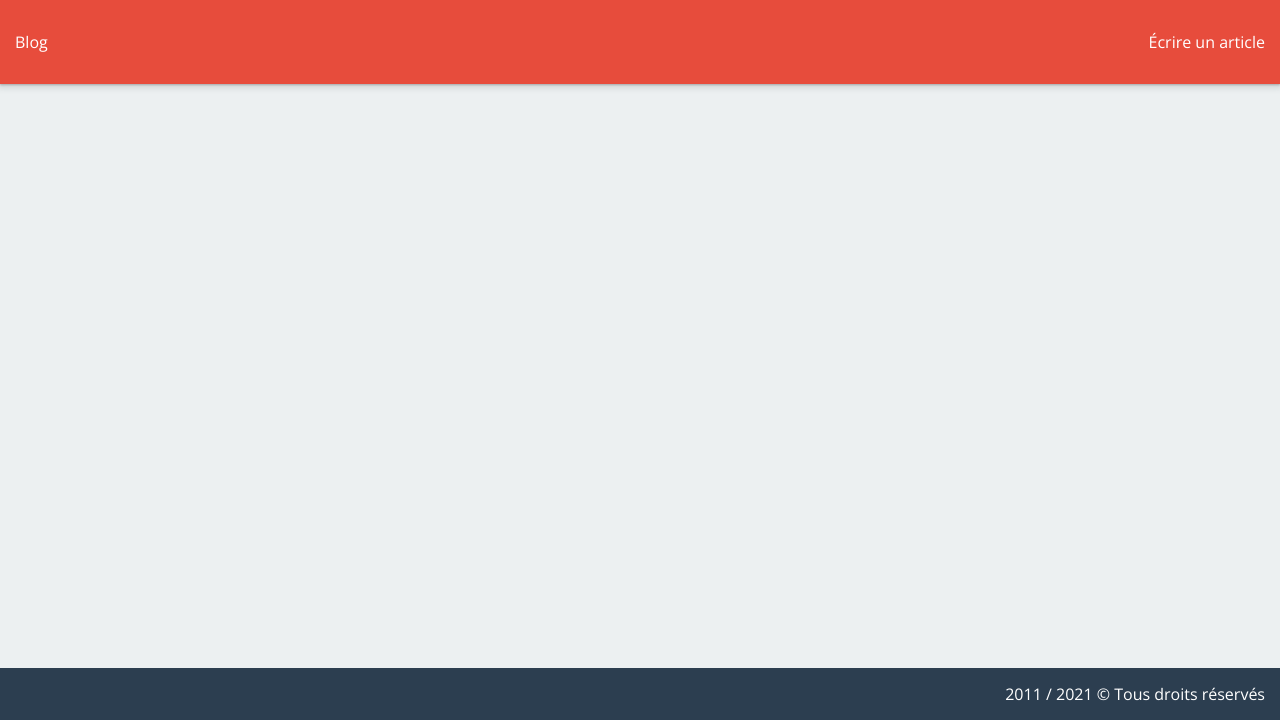
Repository: Yannis699/Projet_blog
Page: http://localhost/add-article.php
These files come from the project's save history. The page is drawn as it stood at one moment and after a run of saves; the edit follows.
The browser window is 1280 px wide. The pictures show the whole page.
The page is run by PHP 8.4 with error messages shown; the project is at /var/www/html/.

Above is the page before, as saved 2022-05-19 21:14:01.

After the next 2 saves:
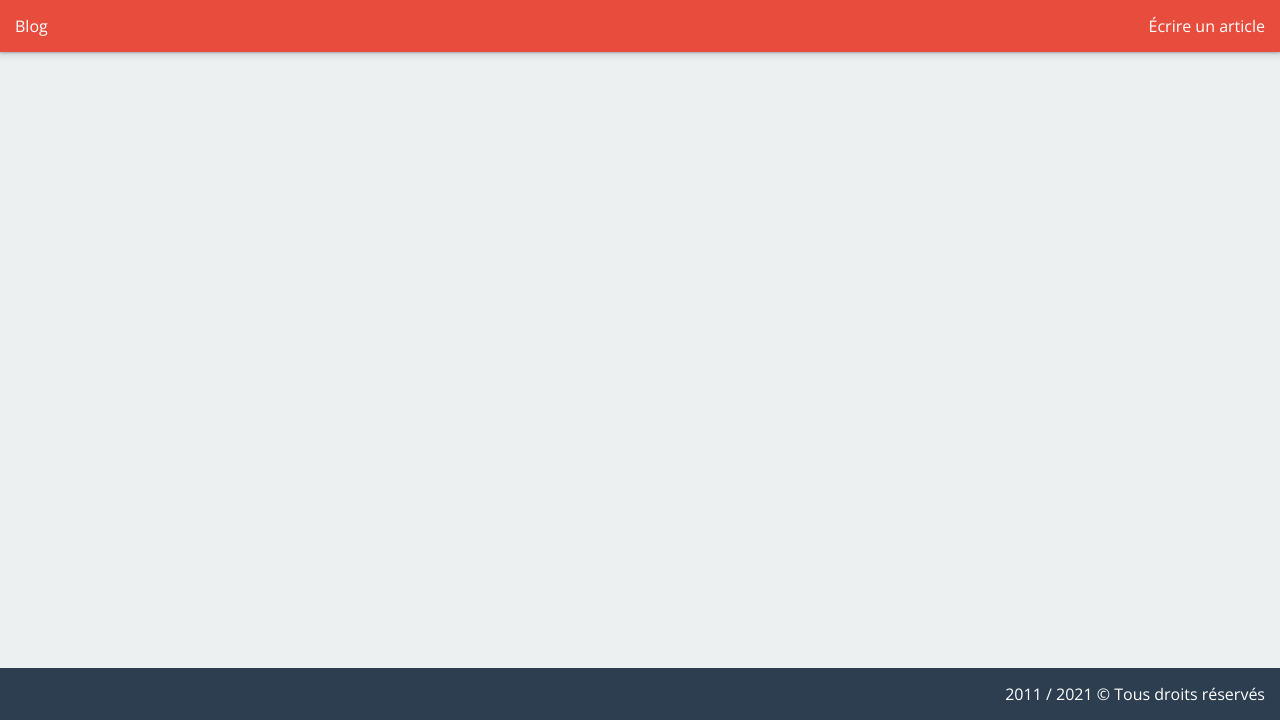
The 2 saves are shown as one change because they came seconds apart.
The last was saved 12 s later.
--- a/blog/public/css/style.css
+++ b/blog/public/css/style.css
@@ -112,7 +112,11 @@ header {
   align-items: center;
 }
 
-.
+.header-menu {
+  margin: 0;
+}
+
+h
 .logo {
   font-weight: 700;
   font-size: 2rem;
